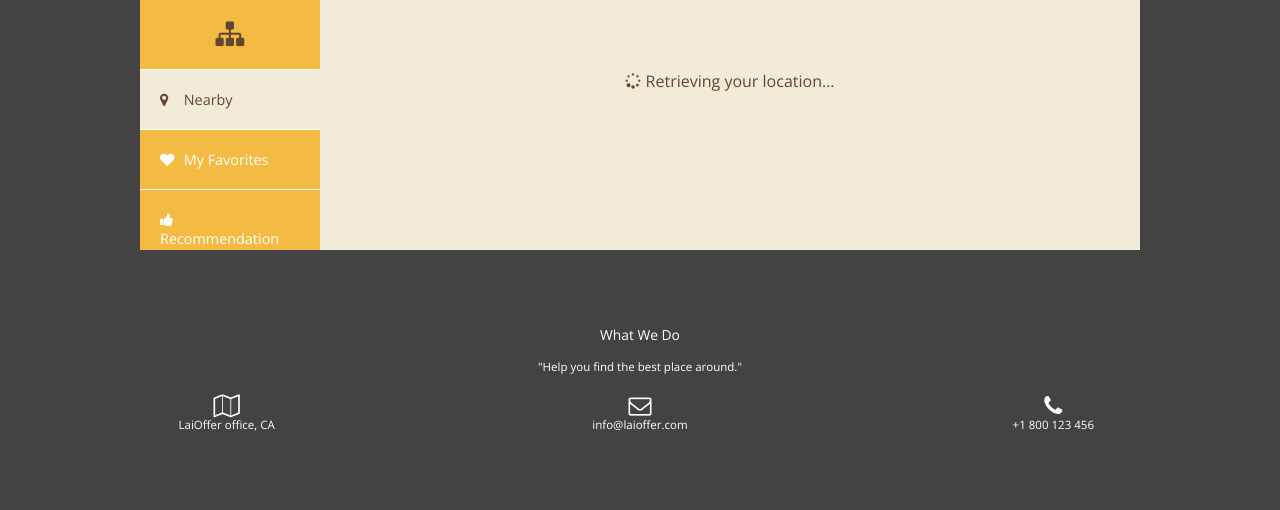
Repository: SeaJohnWeed/Ticket-Jupiter
Page: Jupiter/WebContent/index.html
The author's editor kept a copy of each file at every save. The page is drawn from the files as they stood at one save, then again after the next save.
The browser window is 1280 px wide. The pictures show the part of the page from y = 310 to 860 px (the page is 820 px tall before and 860 px after).
Some web libraries are served in a nearby version.

Above is the page before, as saved 2019-12-10 04:24:16.

After the next save:
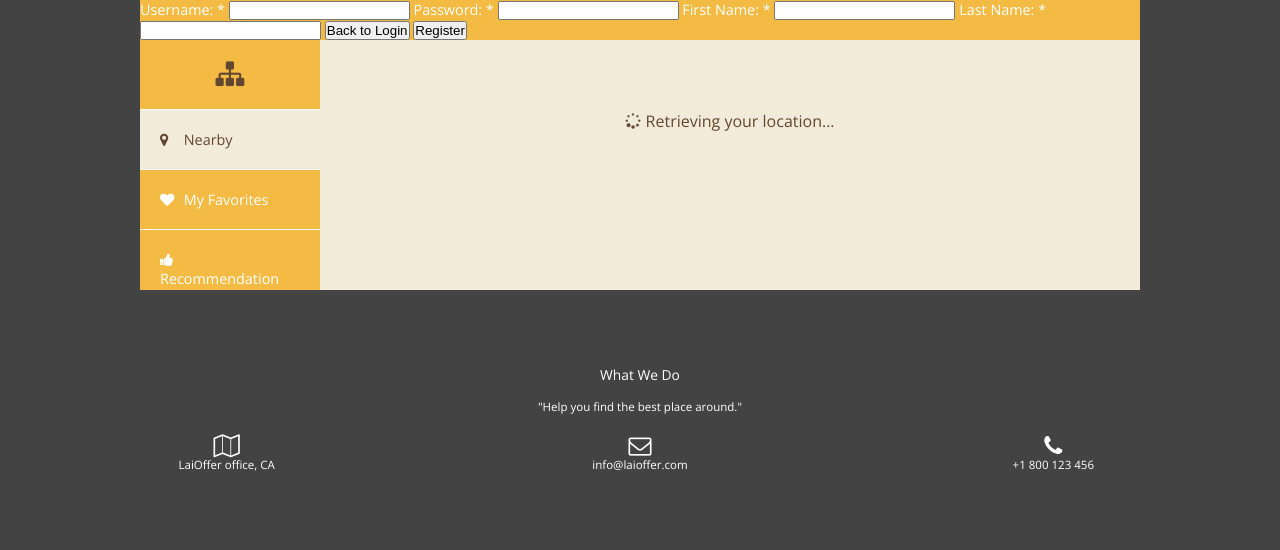
Saved 51 s later.
--- a/Jupiter/WebContent/index.html
+++ b/Jupiter/WebContent/index.html
@@ -35,8 +35,23 @@
         <input id="username" name="username" type="text">
         <label for="password">Password:</label>
         <input id="password" name="password" type="password">
+        <button id="register-form-btn">New User? Register</button>
         <button id="login-btn">Login</button>
         <p id="login-error"></p>
+      </div>
+
+      <div id="register-form">
+        <label for="username">Username: *</label>
+        <input id="register-username" name="username" type="text">
+        <label for="password">Password: *</label>
+        <input id="register-password" name="password" type="password">
+        <label for="first-name">First Name: *</label>
+        <input id="register-first-name" name="first-name" type="text">
+        <label for="last-name">Last Name: *</label>
+        <input id="register-last-name" name="last-name" type="text">
+        <button id="login-form-btn">Back to Login</button>
+        <button id="register-btn">Register</button>
+        <p id="register-result"></p>
       </div>
 
       <aside id="item-nav">
